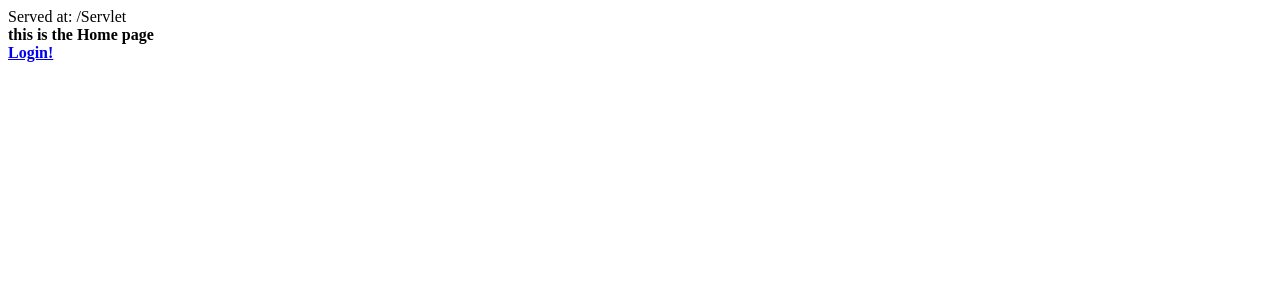
Repository: shivanii10/JavaCoreConcepts
Page: http://localhost/Servlet/LoginPage
An editor plug-in stored every save of this project. The page is shown before and after the next save, followed by the edit.
The browser window is 1280 px wide. The pictures show the whole page.
The page is served by Tomcat 9.

Above is the page before, as saved 2022-03-21 09:23:27.

After the next save:
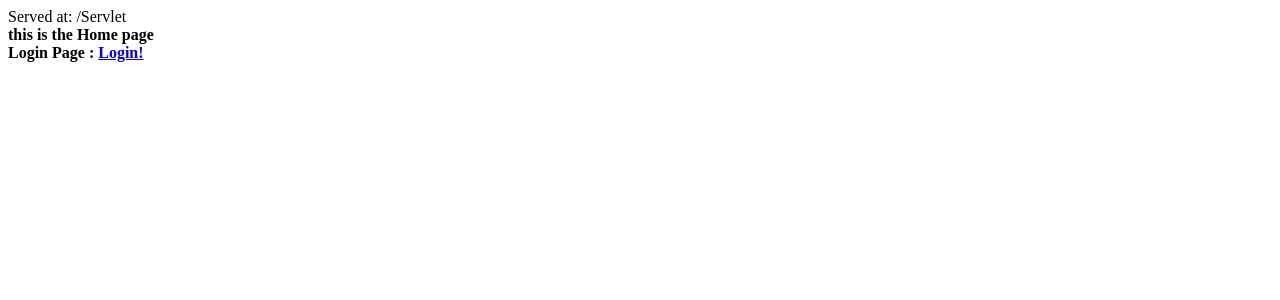
Saved 2 min 37 s later.
--- a/Servlet/src/main/java/Servlet/LoginPage.java
+++ b/Servlet/src/main/java/Servlet/LoginPage.java
@@ -33,7 +33,8 @@ public class LoginPage extends HttpServlet {
 		PrintWriter out = response.getWriter();
 		response.setContentType("text/html");
 		out.println("<html><body>");
-		out.println("<b><br> this is the Home page <br> <a href=\"Index.html\">Login!</a>");
+		out.println("<b><br> this is the Home page <br>"
+				+ "Login Page :  <a href=\"Index.html\">Login!</a>");
 		out.println("</html></body>");
 		out.close();
 	}
